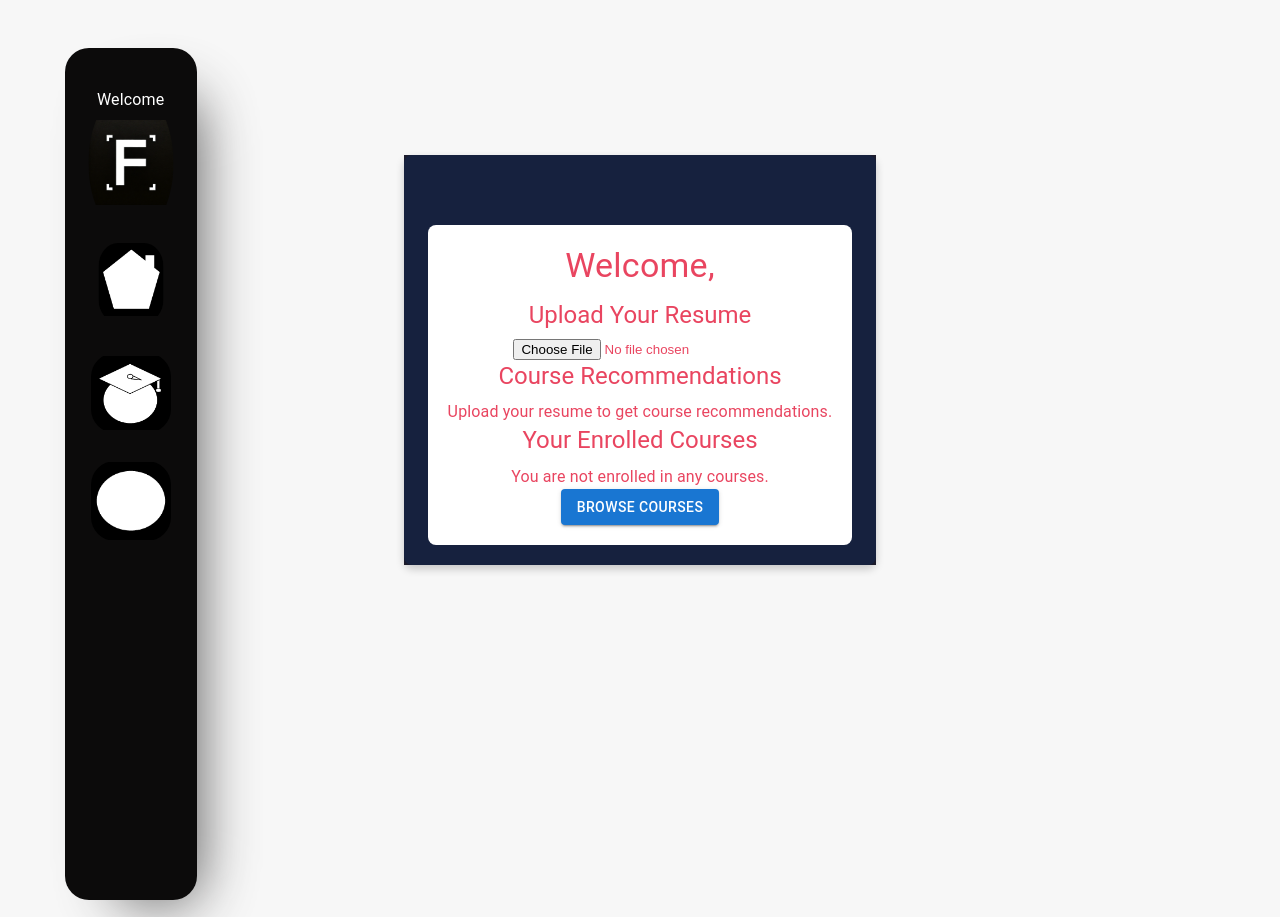
Repository: jvt2/OnlineCourseApp
Page: /dashboard
The author's editor kept a copy of each file at every save. The page is drawn from the files as they stood at one save, then again after the next save.
The browser window is 1280 px wide. The pictures show the whole page.
The page's requests for data from a server got no answer. The project was rebuilt for these pictures with package versions that can differ from the ones it lists, and the page was loaded fresh each time. No one was signed in, and anything a server would have sent is missing. Also part of the build but not shown: src/features/auth/Register.js, src/features/auth/Login.js, src/features/courses/ResumeUpload.js, src/features/courses/CourseRecommendations.js, src/components/common/MyModal.js, src/features/courses/CourseCatalog.js, src/features/courses/CourseDetail.js, src/components/common/Navbar.js and 3 more. Imported but missing from the stored project, and not drawn on this page: src/app/reportWebVitals.

Above is the page before, as saved 2024-07-15 11:21:14.

### src/index.js
import React from 'react';
import ReactDOM from 'react-dom/client';
import { Provider } from 'react-redux';
import store from './redux/store';
import './index.css';
import App from './app/App';
import reportWebVitals from './app/reportWebVitals';

const root = ReactDOM.createRoot(document.getElementById('root'));
root.render(
  <React.StrictMode>
    <App />
  </React.StrictMode>
);

// If you want to start measuring performance in your app, pass a function
// to log results (for example: reportWebVitals(console.log))
// or send to an analytics endpoint. Learn more: https://bit.ly/CRA-vitals
reportWebVitals();

### src/redux/store.js
// src/redux/store.js

import { configureStore } from '@reduxjs/toolkit';
import userReducer from './userReducer';

const store = configureStore({
  reducer: {
    user: userReducer,
  },
});

export default store;

### src/app/App.js
import { BrowserRouter as Router, Route, Routes } from 'react-router-dom';
import React, { useState } from 'react';
import logo from '../logo.svg';
import './App.css';
import Register from '../features/auth/Register';
import Login from '../features/auth/Login';
import CourseCatalog from '../features/courses/CourseCatalog';
import CourseDetail from '../features/courses/CourseDetail';
import UserDashboard from '../features/dashboard/Dashboard';
import Navbar from '../components/common/Navbar';
import { Provider } from 'react-redux';
import store from '../redux/store'; // import your Redux store here
import Logout from '../features/auth/Logout'; // Import the Logout component
import Chatbot from '../features/chatbot/Chatbot';
import CourseRecommendations from '../features/courses/CourseRecommendations';
import axios from 'axios';
import ResumeUpload from '../features/courses/ResumeUpload';
import LandingPage from '../components/common/LandingPage';

function App() {
  const [loggedIn, setLoggedIn] = useState(false);
  const [users, setUsers] = useState([]);
  const [currentUser, setCurrentUser] = useState(null);
  const [recommendations, setRecommendations] = useState([]);

  const handleResumeUpload = (newRecommendations) => {
    console.log('New Recommendations:', newRecommendations);
    setRecommendations(newRecommendations);
  };

  const [courses, setCourses] = useState([
    {id: 1, name: 'Course 1', description: 'This is course 1'},
    {id: 2, name: 'Course 2', description: 'This is course 2'}
  ]);

  const handleRegister = async (username, password) => {
    try {
      const response = await axios.post('http://localhost:3001/register', { username, password });
      alert(response.data.message);
      // Log in the new user if registration is successful
      handleLogin(username, password);
    } catch (error) {
      alert(error.response.data.message);
    }
  };

  const handleLogin = async (username, password) => {
    try {
      const response = await axios.post('http://localhost:3001/login', { username, password });
      localStorage.setItem('token', response.data.token);
      setLoggedIn(true);
      setCurrentUser({ username });
    } catch (error) {
      alert('Login failed. Please check your username and password.');
    }
  };

  const handleEnroll = async (course) => {
    try {
      const token = localStorage.getItem('token');
      await axios.post('http://localhost:3001/enroll', { courseId: course.id }, {
        headers: { 'Authorization': `Bearer ${token}` }
      });
      setEnrolledCourses([...enrolledCourses, course]);
    } catch (error) {
      console.error('Enrollment failed', error);
    }
  };

  const [enrolledCourses, setEnrolledCourses] = useState([]);
  const [isModalOpen, setIsModalOpen] = useState(false);

  const handleSelectRecommendation = (recommendation) => {
    const newCourse = {
      id: courses.length + 1,
      name: recommendation.text,
      description: 'This is a recommended course based on your resume.'
    };

    setCourses([...courses, newCourse]);
    setEnrolledCourses([...enrolledCourses, newCourse]);
    setIsModalOpen(false);
  };

  return (
    <Provider store={store}>
      <Router>
        <div className="App">
          <Routes>
            <Route path="/" element={<LandingPage />} />
            <Route path="/register" element={<Register />} />
            <Route path="/login" element={<Login />} />
            <Route path="/dashboard" element={<UserDashboard />} /> {/* Added this line */}
          </Routes>
        </div>
      </Router>
    </Provider>
  );
}

export default App;

### src/redux/userReducer.js
// src/redux/userReducer.js
// src/redux/userReducer.js
import { createSlice } from '@reduxjs/toolkit';

const initialState = {
  id: null,
  email: null,
  token: null,
};

const userSlice = createSlice({
  name: 'user',
  initialState,
  reducers: {
    logIn(state, action) {
      state.id = action.payload.id;
      state.email = action.payload.email;
      state.token = action.payload.token;
    },
    logOut(state) {
      state.id = null;
      state.email = null;
      state.token = null;
    },
  },
});

export const { logIn, logOut } = userSlice.actions;
export default userSlice.reducer;

### src/app/App.css
/* App.css */
:root {
  --primary-bg-color: #1E1E2F;
  --secondary-bg-color: #282840;
  --primary-text-color: #F5F5F5;
  --link-color: #61dafb;
  --accent-color: #FF6B6B;
  --navbar-height: 4rem;
  --content-padding: 20px;
  --border-radius: 8px;
  --transition-duration: 0.3s;
  --gradient-bg-color: linear-gradient(120deg, #84fab0 0%, #8fd3f4 100%);
}

.App {
  text-align: center;
  font-family: 'Arial', sans-serif;
  background-color: var(--primary-bg-color);
}

.App-logo {
  height: 40vmin;
  pointer-events: none;
  filter: drop-shadow(0 0 10px var(--accent-color));
}

.App-header {
  background-color: var(--secondary-bg-color);
  min-height: 100vh;
  display: flex;
  flex-direction: column;
  align-items: center;
  justify-content: center;
  font-size: calc(10px + 2vmin);
  color: var(--primary-text-color);
  border-bottom-left-radius: var(--border-radius);
  border-bottom-right-radius: var(--border-radius);
}

.App-link {
  color: var(--link-color);
  transition: color var(--transition-duration);
}

.App-link:hover {
  color: var(--accent-color);
}

@media (prefers-reduced-motion: no-preference) {
  .App-logo {
    animation: App-logo-spin infinite 20s linear;
  }
}

@keyframes App-logo-spin {
  from {
    transform: rotate(0deg);
  }
  to {
    transform: rotate(360deg);
  }
}

.site-navbar {
  display: flex;
  align-items: center;
  background: var(--gradient-bg-color);
  padding: 10px 20px;
  height: var(--navbar-height);
  font-weight: 500;
  box-shadow: 0 4px 6px rgba(0, 0, 0, 0.1);
}

.navbar-nav {
  display: flex;
  align-items: center;
  list-style: none;
  margin: 0;
  padding: 0;
  flex-grow: 1;
  justify-content: center;
}

.nav-item {
  display: flex;
  align-items: center;
  justify-content: center;
  text-decoration: none;
  color: var(--primary-text-color);
  padding: 15px 25px;
  transition: all 0.3s ease-in-out;
  border-radius: var(--border-radius);
  position: relative;
}

.nav-item:before {
  content: '';
  position: absolute;
  top: 0;
  left: 0;
  width: 0;
  height: 100%;
  background: var(--accent-color);
  border-radius: var(--border-radius);
  transition: width 0.3s ease-in-out;
  z-index: -1;
}

.nav-item:hover:before {
  width: 100%;
}

.nav-item:hover {
  color: var(--secondary-bg-color);
  box-shadow: 0 4px 8px rgba(0, 0, 0, 0.2);
  text-decoration: none;
}

.navbar-brand {
  margin-right: auto;
  color: var(--primary-text-color);
  font-size: 1.5em;
  font-weight: bold;
}

.App-content {
  padding: var(--content-padding);
  color: var(--primary-text-color);
}

.App-footer {
  text-align: center;
  padding: var(--content-padding);
  background-color: var(--secondary-bg-color);
  color: var(--primary-text-color);
  box-shadow: 0 -4px 6px rgba(0, 0, 0, 0.1);
}

.course-recommendations {
  width: 80%;
  margin: auto;
  background: #f9f9f9;
  padding: 20px;
  border-radius: 5px;
  box-shadow: 0px 0px 10px rgba(0, 0, 0, 0.1);
}

.course-recommendations h2 {
  text-align: center;
  color: #333;
}

.course-recommendations .course {
  padding: 10px 0;
  border-bottom: 1px solid #eee;
}

.course-recommendations .course:last-child {
  border-bottom: none;
}

.course-recommendations .course button {
  margin-left: 10px;
}

body {
  background-color: #1a1a2e;
  color: #e94560;
}

.MuiContainer-root {
  background-color: #16213e;
  border-radius: 8px;
  padding: 20px;
  box-shadow: 0 4px 8px rgba(0, 0, 0, 0.2);
}

.customTextField .MuiInputBase-input {
  color: #fff;
  background-color: rgba(255, 255, 255, 0.1);
}

.customTextField .MuiInputLabel-root {
  color: rgba(255, 255, 255, 0.7);
}

.customTextField .MuiInputLabel-root.Mui-focused {
  color: #fff;
}

.customTextField .MuiOutlinedInput-root {
  &.Mui-focused .MuiOutlinedInput-notchedOutline {
    border-color: #fff;
  }
  & .MuiOutlinedInput-notchedOutline {
    border-color: rgba(255, 255, 255, 0.5);
  }
}

### src/features/dashboard/Dashboard.js
// src/features/dashboard/Dashboard.js
import React, { useEffect, useState } from 'react';
import axios from 'axios';
import { useSelector } from 'react-redux';
import { Container, Typography, Button, Box, List, ListItem, ListItemText } from '@mui/material';
import { useNavigate } from 'react-router-dom';
import './Dashboard.css'; // Correct import for CSS

function Dashboard() {
  const [enrolledCourses, setEnrolledCourses] = useState([]);
  const [recommendations, setRecommendations] = useState([]);
  const token = useSelector(state => state.user.token);
  const userId = useSelector(state => state.user.id);
  const userEmail = useSelector(state => state.user.email);
  const navigate = useNavigate();

  useEffect(() => {
    const fetchEnrolledCourses = async () => {
      try {
        const response = await axios.get(`http://localhost:3001/user/${userId}/courses`, {
          headers: { Authorization: `Bearer ${token}` }
        });
        setEnrolledCourses(response.data);
      } catch (error) {
        console.error('Error fetching enrolled courses:', error);
      }
    };

    const fetchRecommendations = async () => {
      try {
        const response = await axios.get(`http://localhost:3001/user/${userId}/recommendations`, {
          headers: { Authorization: `Bearer ${token}` }
        });
        setRecommendations(response.data);
      } catch (error) {
        console.error('Error fetching recommendations:', error);
      }
    };

    fetchEnrolledCourses();
    fetchRecommendations();
  }, [userId, token]);

  const handleResumeUpload = async (event) => {
    const formData = new FormData();
    formData.append('resume', event.target.files[0]);

    try {
      const response = await axios.post('http://localhost:3001/uploadResume', formData, {
        headers: {
          'Content-Type': 'multipart/form-data',
          Authorization: `Bearer ${token}`,
        },
      });
      setRecommendations(response.data.recommendations);
    } catch (error) {
      console.error('Error uploading resume:', error);
    }
  };

  return (
    <Container component="main" maxWidth="md">
      <Box className="sidebar">
        <div className="sidebar-blur"></div>
        <div className="sidebar-main">
          <Typography className="sidebar-logo">Welcome</Typography>
          <div className="sidebar-icon icon-home"></div>
          <div className="sidebar-icon icon-graduation"></div>
          <div className="sidebar-icon icon-user"></div>
          <div className="sidebar-icon icon-message"></div>
          <div className="sidebar-icon icon-settings"></div>
          <div className="sidebar-icon icon-logout"></div>
        </div>
      </Box>
      <Box className="dashboard-container">
        <Typography className="dashboard-header" variant="h4" gutterBottom>
          Welcome, {userEmail}
        </Typography>
        <Box className="upload-container">
          <Typography variant="h5" gutterBottom>
            Upload Your Resume
          </Typography>
          <input type="file" onChange={handleResumeUpload} accept=".pdf,.doc,.docx,.txt" />
        </Box>
        <Box className="recommendations-container">
          <Typography variant="h5" gutterBottom>
            Course Recommendations
          </Typography>
          {recommendations.length > 0 ? (
            <List>
              {recommendations.map((rec, index) => (
                <ListItem key={index}>
                  <ListItemText primary={rec.title} secondary={rec.description} />
                </ListItem>
              ))}
            </List>
          ) : (
            <Typography variant="body1">Upload your resume to get course recommendations.</Typography>
          )}
        </Box>
        <Box className="enrolled-courses-container">
          <Typography variant="h5" gutterBottom>
            Your Enrolled Courses
          </Typography>
          {enrolledCourses.length > 0 ? (
            <List>
              {enrolledCourses.map(course => (
                <ListItem key={course.id}>
                  <ListItemText primary={course.name} />
                </ListItem>
              ))}
            </List>
          ) : (
            <Typography variant="body1">You are not enrolled in any courses.</Typography>
          )}
        </Box>
        <Box className="button-container">
          <Button variant="contained" color="primary" onClick={() => navigate('/courses')}>
            Browse Courses
          </Button>
        </Box>
      </Box>
    </Container>


  );
}

export default Dashboard;

### src/features/auth/Logout.js
// Logout.js
import { useEffect } from 'react';
import { useDispatch } from 'react-redux';
import { useNavigate } from 'react-router-dom';
import { logOut } from '../../redux/reducers/userslice'; // Import the logOut action

function Logout() {
  const navigate = useNavigate();
  const dispatch = useDispatch();

  useEffect(() => {
    localStorage.removeItem('token'); // Remove the token from local storage
    dispatch(logOut()); // Dispatch the logOut action
    navigate('/login'); // Navigate to the login page
  }, [dispatch, navigate]);

  return null;
}

export default Logout;

### src/components/common/LandingPage.css
body {
    display: flex;
    justify-content: center;
    align-items: center;
    height: 100vh;
    background-color: #f7f7f7;
    margin: 0;
    font-family: 'Roboto', sans-serif;
  }

  .sign-in-container {
    display: flex;
    justify-content: center;
    align-items: center;
    height: 100%;
    width: 100%;
  }

  .sign-in-form {
    background-color: white;
    padding: 60px;
    border-radius: 10px;
    box-shadow: 0 4px 8px rgba(0, 0, 0, 0.1);
    text-align: center;
    max-width: 600px;
    width: 90%;
  }

  .logo {
    width: 200px;
    height: 200px;
    margin-bottom: 30px;
    background-color: white;
    border-radius: 10px;
  }

  h1 {
    margin: 0;
    font-size: 32px;
    font-weight: 700;
  }

  .subtitle {
    margin: 10px 0;
    color: #555;
    font-size: 18px;
  }

  .google-sign-in {
    background-color: #ffffff;
    color: #000;
    border: 1px solid #ccc;
    padding: 15px;
    width: 100%;
    border-radius: 5px;
    margin-bottom: 30px;
    display: flex;
    justify-content: center;
    align-items: center;
    cursor: pointer;
    font-size: 18px;
    font-weight: 500;
    transition: background-color 0.3s;
  }

  .google-sign-in:hover {
    background-color: #f0f0f0;
  }

  .google-logo {
    width: 25px;
    margin-right: 10px;
  }

  .separator {
    display: flex;
    align-items: center;
    text-align: center;
    margin: 30px 0;
    color: #aaa;
    font-size: 18px;
  }

  .separator::before,
  .separator::after {
    content: '';
    flex: 1;
    border-bottom: 1px solid #ccc;
  }

  .separator:not(:empty)::before {
    margin-right: .5em;
  }

  .separator:not(:empty)::after {
    margin-left: .5em;
  }

  .email-input,
  .password-input {
    width: 100%;
    padding: 15px;
    margin-bottom: 30px;
    border: 1px solid #ccc;
    border-radius: 5px;
    font-size: 18px;
    transition: border-color 0.3s;
  }

  .email-input:focus,
  .password-input:focus {
    border-color: #007bff;
    outline: none;
  }

  .continue-button {
    background-color: #9b51e0;
    color: white;
    border: none;
    padding: 15px;
    width: 100%;
    border-radius: 5px;
    font-size: 18px;
    font-weight: 500;
    cursor: pointer;
    transition: background-color 0.3s;
    margin-bottom: 10px; /* Add margin to separate the buttons */
  }

  .continue-button:hover {
    background-color: #7a3bc0;
  }

  .email-error {
    color: red;
    margin-top: 10px;
    font-size: 14px;
  }


  .back-button {
    background-color: #ccc;
    color: white;
    border: none;
    padding: 15px;
    width: 100%;
    border-radius: 5px;
    font-size: 18px;
    font-weight: 500;
    cursor: pointer;
    transition: background-color 0.3s;
    margin-bottom: 10px; /* Add margin to separate the buttons */
  }

  .back-button:hover {
    background-color: #aaa;
  }

  .sign-up-link {
    margin-top: 30px;
    color: #aaa;
    font-size: 18px;
  }

  .sign-up-link a {
    color: #9b51e0;
    text-decoration: none;
  }

  .sign-up-link a:hover {
    text-decoration: underline;
  }

### src/features/dashboard/Dashboard.css
/* Dashboard CSS */

/* General styles for the dashboard */
.dashboard-container {
    background: #FFFFFF;
    padding: 20px;
    border-radius: 8px;
    margin-top: 50px;
    text-align: center;
  }

  /* Sidebar styles */
  .sidebar {
    position: absolute;
    width: 132px;
    height: 853.12px;
    left: 32.34px;
    top: 24.02px;
    display: flex;
    flex-direction: column;
    align-items: center;
    justify-content: space-around; /* Evenly distribute space around the items */
    padding: 20px 0;
  }

  .sidebar-blur {
    position: absolute;
    width: 81.01px;
    height: 804px;
    left: 83.32px;
    top: 73.14px;
    background: #0C0B0B;
    opacity: 0.7;
    filter: blur(30px);
    border-radius: 24px;
  }

  .sidebar-main {
    position: absolute;
    width: 132px;
    height: 852px;
    left: 32.34px;
    top: 24.02px;
    background: #0C0B0B;
    border-radius: 24px;
  }

  .sidebar-logo {
    position: absolute;
    width: 85px;
    height: 150px;
    left: 74.46px;
    top: 39.67px;
    font-family: 'Baloo Bhai';
    font-style: normal;
    -webkit-text-fill-color: #FFFFFF;
    font-weight: 400;
    font-size: 64px;
    line-height: 102px;
    background-image: url('/public/assets/Designer.png');
    background-size: contain;
    background-position: center;
    background-repeat: no-repeat;
    border-radius: 70%;
    position: absolute;
    left: 50%;
    transform: translateX(-50%);
    margin-bottom: 40px; /* Adjust as needed */
  }

  .sidebar-icon {
    position: absolute;
    width: 26px;
    height: 26px;
    left: 85.15px;
    margin-bottom: 30px; /* Adjust as needed */
  }

  .sidebar-icon.icon-home {
    width: 65px;
    height: 80px;
    background-image: url('/public/assets/home_I.png');
    border-radius: 30%;
    position: absolute;
    left: 50%;
    transform: translateX(-50%);
    background-size: contain;
    background-repeat: no-repeat;
    top:22.84%;
  }

  .icon-graduation {
    top: 35.84%;
    width: 80px;
    height: 80px;
    background-position: center;
    background-image: url('/public/assets/enroll.png');
    border-radius: 30%;
    position: absolute;
    left: 50%;
    transform: translateX(-50%);
    background-size: contain;
    background-repeat: no-repeat;
  }

  .icon-user {
    top: 48.46%;
    width: 80px;
    height: 80px;
    background-position: center;
    background-position: center;
    background-image: url('/public/assets/user.png');
    border-radius: 30%;
    position: absolute;
    left: 50%;
    transform: translateX(-50%);
    background-size: contain;
    background-repeat: no-repeat;

  }

  .icon-message {
    top: 52.44%;
    background-position: center;
  }

  .icon-settings {
    top: 62.11%;
  }

  .icon-logout {
    top: 89.95%;
    background-position: center;
  }

  .icon-background {
    background: #FFFFFF;
    background-position: center;
  }

### src/redux/reducers/userslice.js
import { createSlice } from '@reduxjs/toolkit';

const userSlice = createSlice({
  name: 'user',
  initialState: { name: '', loggedIn: false },
  reducers: {
    logIn: (state, action) => {
      state.name = action.payload.name;
      state.loggedIn = true;
    },
    logOut: (state) => {
      state.name = '';
      state.loggedIn = false;
    }
  }
});

export const { logIn, logOut } = userSlice.actions;
export default userSlice.reducer;

Loaded but not shown: public/index.html (common file); src/index.css (common file)

After the next save:
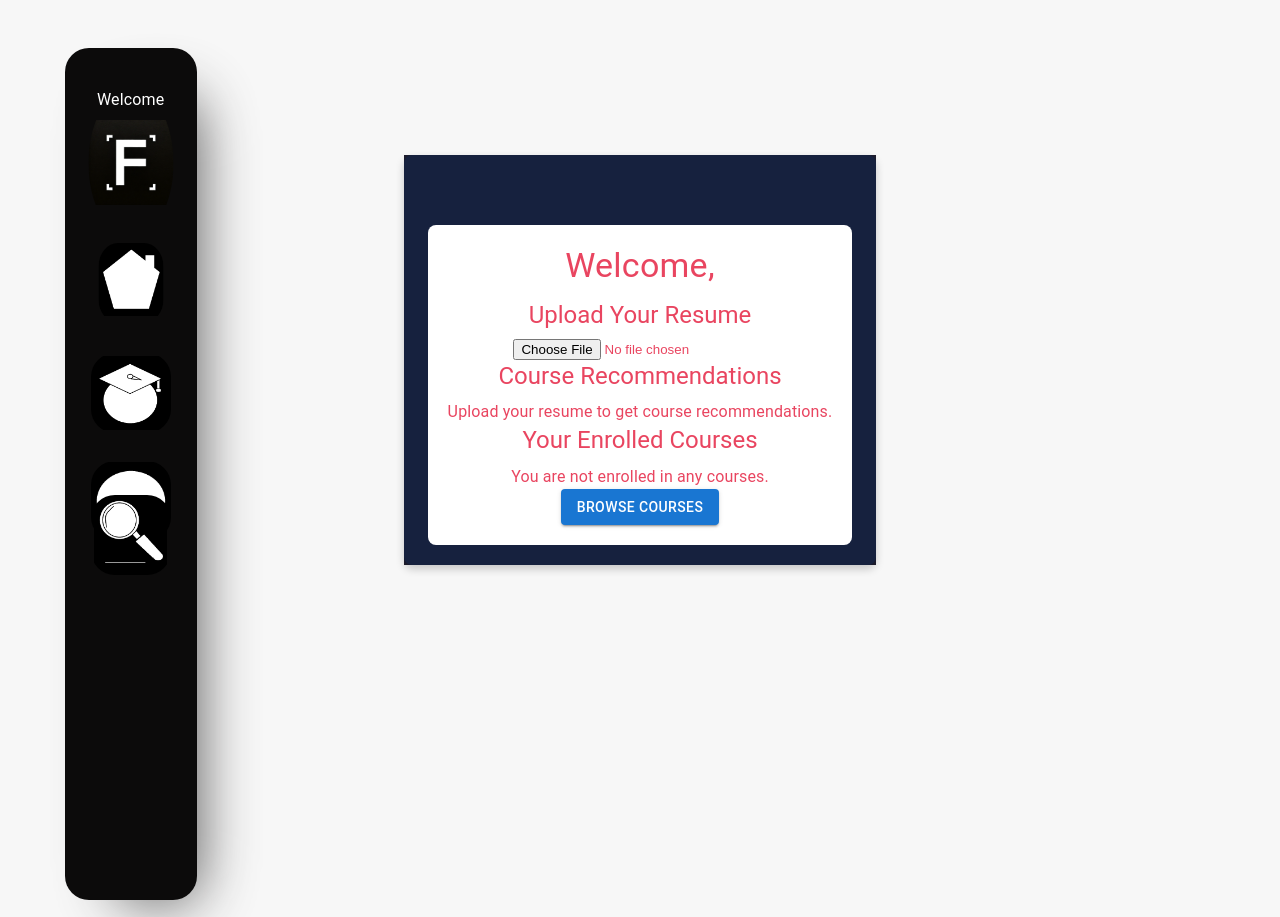
Saved 9 min 13 s later.
--- a/src/features/dashboard/Dashboard.css
+++ b/src/features/dashboard/Dashboard.css
@@ -121,7 +121,17 @@
 
   .icon-message {
     top: 52.44%;
+    width: 80px;
+    height: 80px;
     background-position: center;
+    background-image: url('/public/assets/search.png');
+    border-radius: 30%;
+    position: absolute;
+    left: 50%;
+    transform: translateX(-50%);
+    background-size: contain;
+    background-repeat: no-repeat;
+
   }
 
   .icon-settings {
